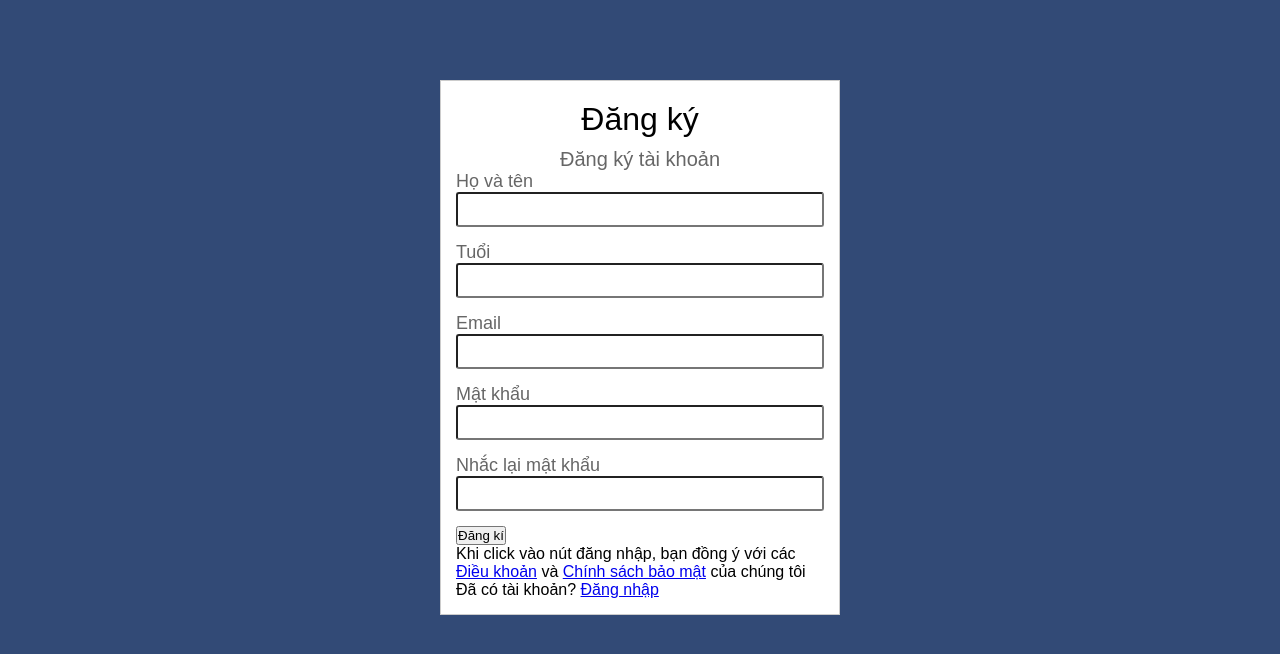
Repository: Ngoc28/HTML-CSS
Page: form/index.html
An editor plug-in stored every save of this project. The page is shown before and after the next save, followed by the edit.
The browser window is 1280 px wide. The pictures show the whole page.

Above is the page before, as saved 2023-08-05 14:52:23.

### form/index.html
<!DOCTYPE html>
<html lang="en">
<head>
    <meta charset="UTF-8">
    <meta name="viewport" content="width=device-width, initial-scale=1.0">
    <title>Register</title>
    <link rel="stylesheet" href="./styles.css">
</head>
<body>
    <div class="form">
        <form action="" class="form-register">
            <div class="heading">
                <h1 class="tieude">Đăng ký</h1>
                <p class="desc">
                    Đăng ký tài khoản
                </p>
            </div>
            <!-- text -->
            <div class="block-form name">
                <label for="hoten">Họ và tên</label>
                <input type="text" name="hoten">
            </div>
            <div class="block-form age">
                <label for="tuoi">Tuổi</label>
                <input type="number" name="tuoi" id="tuoi">
            </div>

            <div class="block-form email">
                <label for="email">Email</label>
                <input type="email" name="email" id="email">
            </div>
            <div class="block-form password">
                <label for="password">Mật khẩu</label>
                <input type="password" name="password" id="password">
            </div>
            <div class="block-form password">
                <label for="password">Nhắc lại mật khẩu</label>
                <input type="password" name="password" id="password">
            </div>

                <input type="submit" value="Đăng kí">
            <div class="rules">
                <p class="dieukhoan">
                    Khi click vào nút đăng nhập, bạn đồng ý với các
                    <a href="#">Điều khoản</a>
                    và
                    <a href="#">Chính sách bảo mật</a>
                    của chúng tôi
                </p>
                <p class="hasAcount">
                    Đã có tài khoản?
                    <a href="#">Đăng nhập</a>
                </p>
            </div>
        </form>
    </div>
</body>
</html>

### form/styles.css
*{
    padding: 0;
    margin: 0;
    box-sizing: border-box;
}

body {
    background: #324a76;
    font-family: Arial, Helvetica, sans-serif;
}

.form {
    display: flex;
    justify-content: center;
    align-items: center;
    margin-top: 80px;
}

.form-register {
    padding: 20px 15px 15px 15px;
    width: 400px;
    border: 1px solid #ccc;
    background: #fff;
}

.heading {
    text-align: center
}

.tieude {
    font-size: 32px;
    font-weight: 400;
    padding-bottom: 10px;
}

.desc {
    font-size: 20px;
    color: #666;
}

.block-form {
    margin-bottom: 15px;
}

.block-form label {
    display: block;
    font-size: 18px;
    color: #666;
}

.block-form input {
    width: 100%;
    padding: 5px;
    font-size: 18px;
    border-radius: 3px;
}

After the next save:
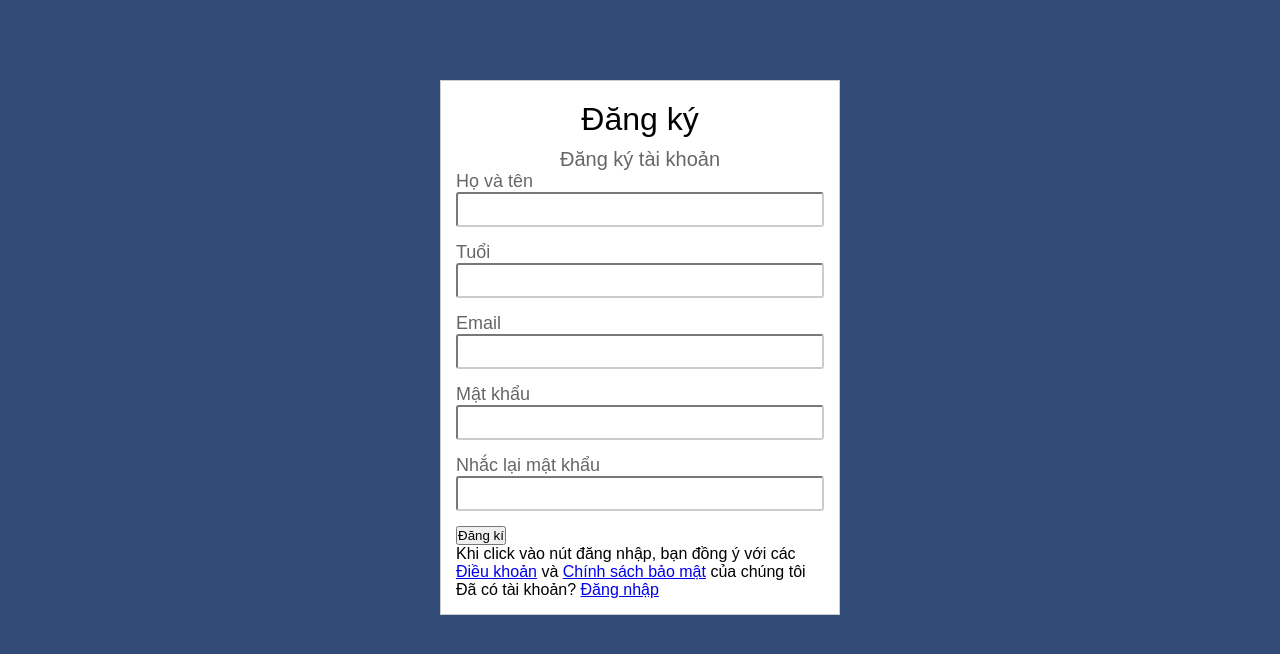
Saved 42 s later.
--- a/form/styles.css
+++ b/form/styles.css
@@ -53,4 +53,5 @@ body {
     padding: 5px;
     font-size: 18px;
     border-radius: 3px;
+    border-color: #ccc ;
 }
